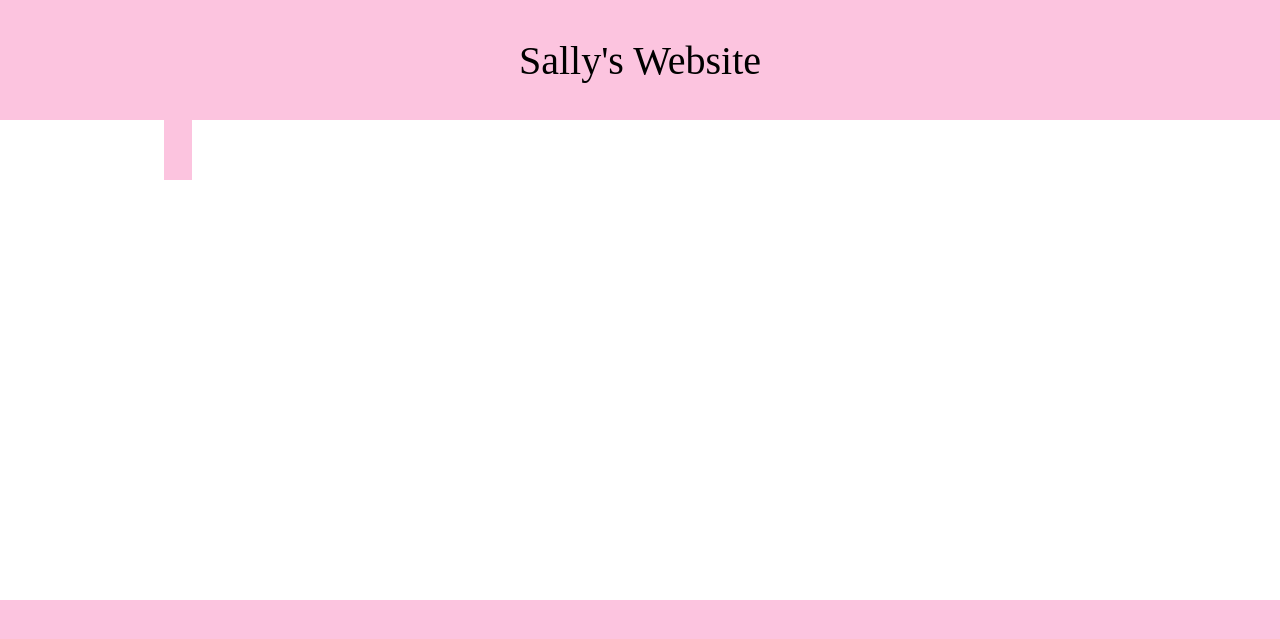
Repository: tianjiewang2022/tianjiewang2022.github.io
Page: index.html
The author's editor kept a copy of each file at every save. The page is drawn from the files as they stood at one save, then again after the next save.
The browser window is 1280 px wide. The pictures show the whole page.

Above is the page before, as saved 2023-10-02 20:40:28.

### index.html
<!DOCTYPE html>
<html lang="en">

    <head>
        <meta charset="UTF-8">
        <meta name="viewport" content="width=device-width, initial-scale=1.0">
        <title>Sally's Webpage</title>
        <style>
            body {
                margin: 0;
                padding: 0;
                display: grid;
                grid-template-rows: repeat(6, 1fr);
                grid-template-columns: repeat(6, 1fr);
                height: 100vh;
            }

            header {
                background-color: rgb(252, 196, 223);
                color: rgb(0, 0, 0);
                grid-column: 1 / span 6;
                display: flex;
                justify-content: center;
                align-items: center;
                font-size: 40px;
            }

            .flex-container {
                display: flex;

                flex-wrap: wrap;
                justify-content: space-between;
                padding-left: 10%;
                padding-right: 10%;
            }

            .flex-box {
                height: calc(16.67%*4 - 20px);
                background-color: rgb(252, 196, 223);
                text-align: center;
                display: flex;
                align-items: center;
                justify-content: center;
            }

            .left_bar {
                background-color: rgb(252, 196, 223);
                grid-row: 2 / span 4;
                grid-column: 1 / span 1;
            }

            .main_area {
                background-color: rgba(0, 0, 0, 0.1);
                grid-row: 2 / span 4;
                grid-column: 2 / span 4;
                display: flex;
                justify-content: center;
                align-items: center;
                position: relative;
            }

            .right_bar {
                width: 16.67%;
            }

            footer {
                background-color: rgb(252, 196, 223);
                /* Choose your header color */

                position: fixed;
                bottom: 0;
                width: 100%;
                height: 16.67%;
                display: flex;
                align-items: center;
                justify-content: center;
                z-index: 100;
            }
        </style>
    </head>

    <body>
        <header>
            Sally's Website
        </header>
        <div class="flex-container">
            <!-- Your content goes here -->
            <span class="flex-box left_bar"></span>
            <span class="flex-box main_area"></span>
            <span class="flex-box right_bar"></span>
        </div>
        <footer></footer>
    </body>

</html>

After the next save:
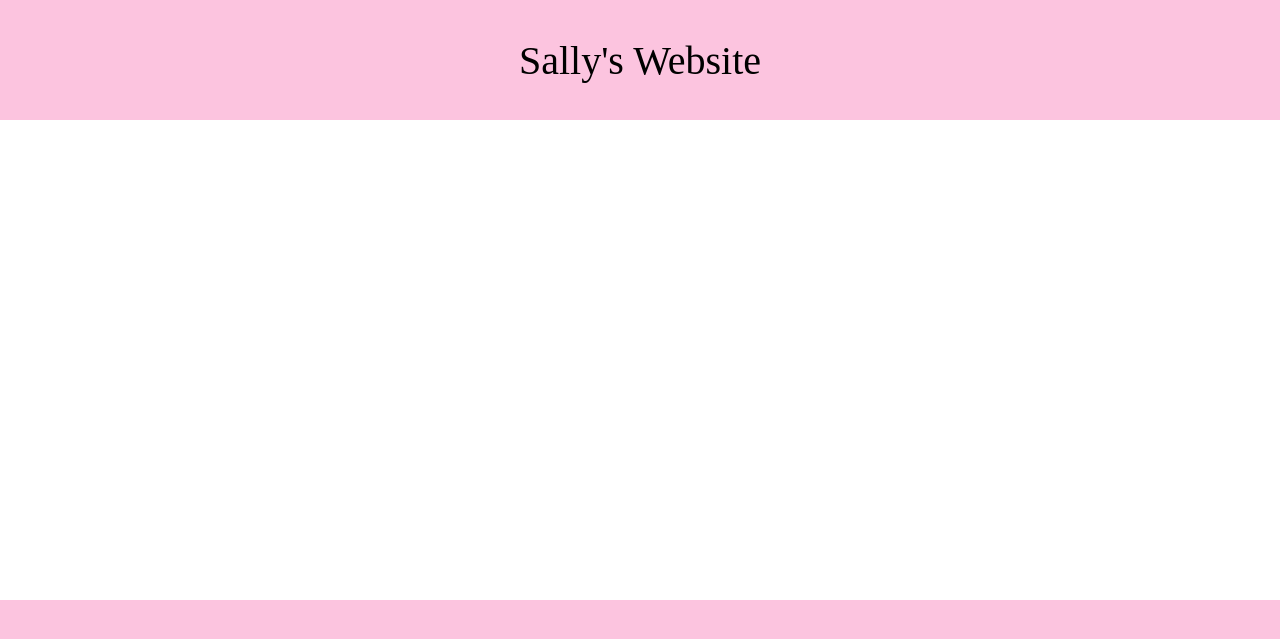
Saved 32 s later.
--- a/index.html
+++ b/index.html
@@ -50,7 +50,7 @@
             }
 
             .main_area {
-                background-color: rgba(0, 0, 0, 0.1);
+                background-color: rgb(252, 196, 223);
                 grid-row: 2 / span 4;
                 grid-column: 2 / span 4;
                 display: flex;
@@ -60,7 +60,9 @@
             }
 
             .right_bar {
-                width: 16.67%;
+                background-color: rgb(252, 196, 223);
+                grid-row: 2 / span 4;
+                grid-column: 6 / span 1;
             }
 
             footer {
